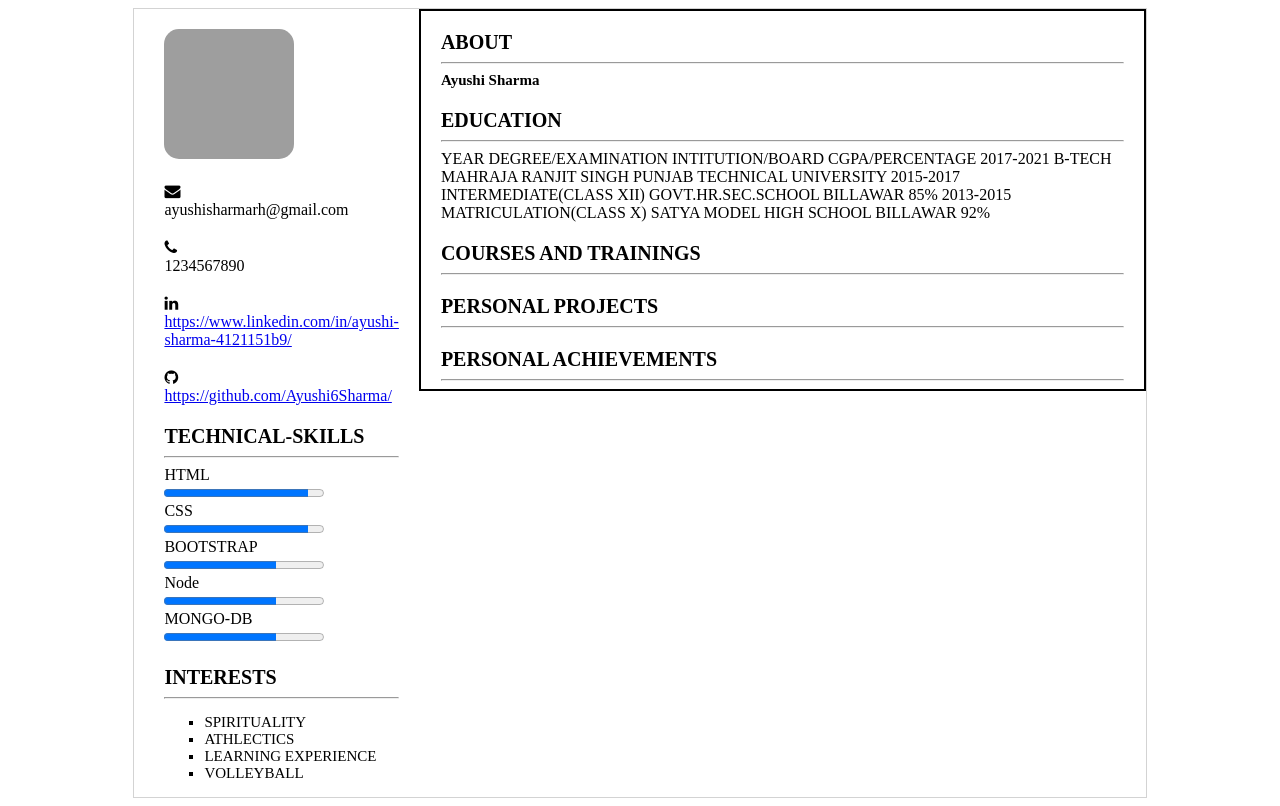
Repository: Ayushi6Sharma/Resume
Page: index.html
The author's editor kept a copy of each file at every save. The page is drawn from the files as they stood at one save, then again after the next save.
The browser window is 1280 px wide. The pictures show the whole page.
Pictures or frames that could not be fetched are drawn as grey boxes.

Above is the page before, as saved 2022-05-04 12:35:36.

After the next save:
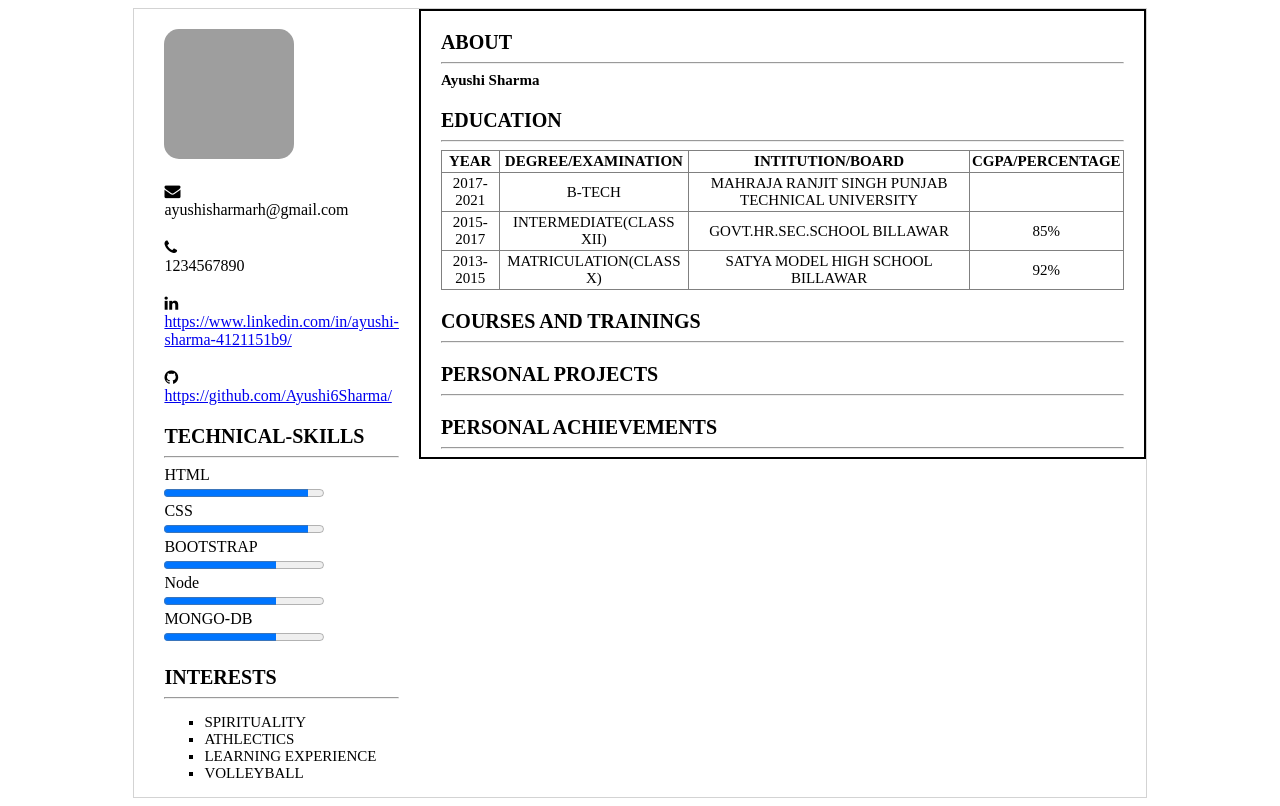
Saved 58 s later.
--- a/index.html
+++ b/index.html
@@ -138,6 +138,9 @@
                          </div>
                          <hr>
                          <div class="eduction-table">
+                             <table>
+                                 <thead>
+                                     <tr>
                                          <th>YEAR</th>
                                          <th>DEGREE/EXAMINATION</th>
                                          <th>INTITUTION/BOARD</th>
